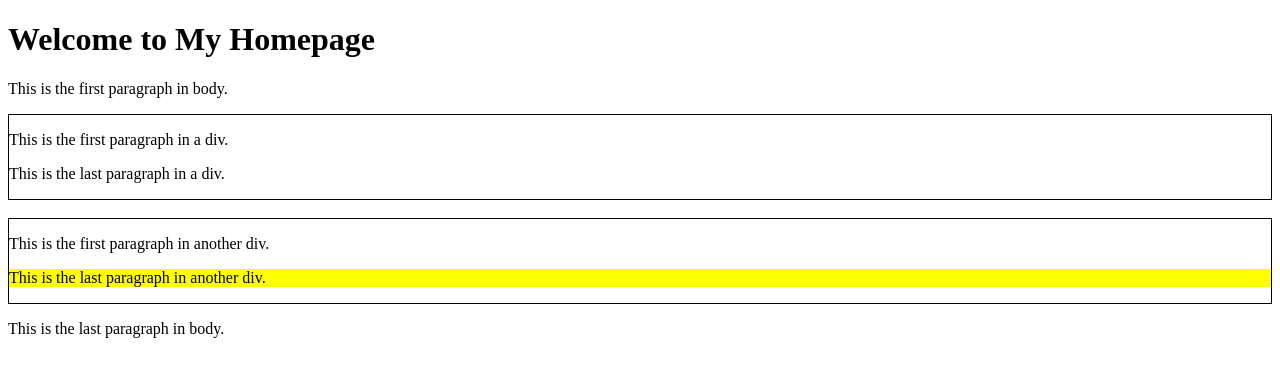
Repository: sudheerj/jQuery
Page: jQueryExamples/chapter03/Filtering.html
These files come from the project's save history. The page is drawn as it stood at one moment and after the next save; the edit follows.
The browser window is 1280 px wide. The pictures show the whole page.

Above is the page before, as saved 2016-10-21 03:23:45.

After the next save:
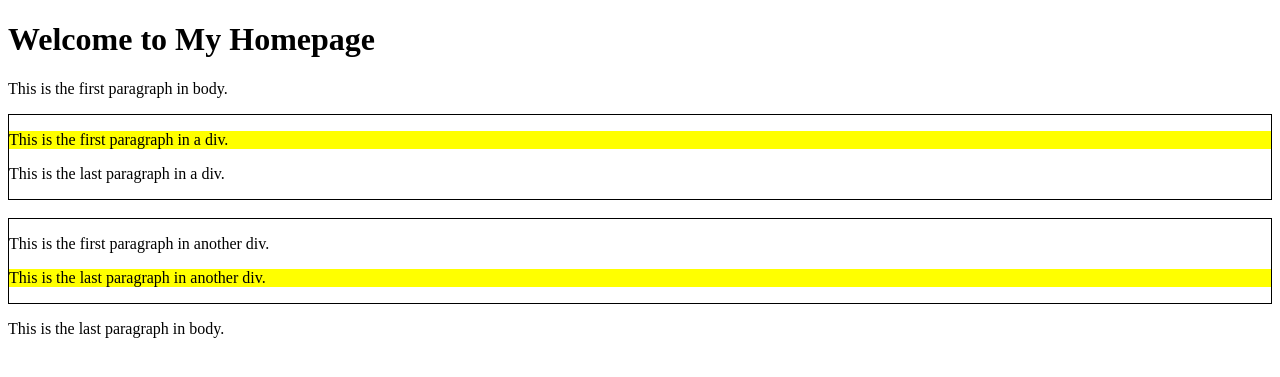
Saved 23 s later.
--- a/jQueryExamples/chapter03/Filtering.html
+++ b/jQueryExamples/chapter03/Filtering.html
@@ -5,6 +5,7 @@
 
 	<script>
 		$(document).ready(function() {
+			$("div p").first().css("background-color", "yellow");
 			$("div p").last().css("background-color", "yellow");
 		});
 	</script>
